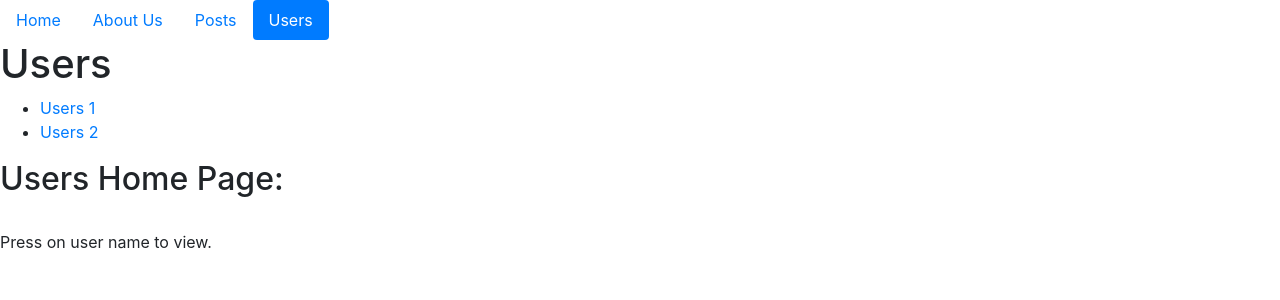
Repository: toufik17/vuejs
Page: /users
The author's editor kept a copy of each file at every save. The page is drawn from the files as they stood at one save, then again after the next save.
The browser window is 1280 px wide. The pictures show the whole page.
The project was rebuilt for these pictures with package versions that can differ from the ones it lists, and the page was loaded fresh each time. Also part of the build but not shown: src/components/Home.vue, src/components/About.vue, src/components/Post.vue, src/components/Posts.vue, src/components/users/UsersViewHome.vue.

Above is the page before, as saved 2019-03-06 11:49:15.

### public/index.html
<!DOCTYPE html>
<html lang="en">
  <head>
    <meta charset="utf-8">
    <meta http-equiv="X-UA-Compatible" content="IE=edge">
    <meta name="viewport" content="width=device-width,initial-scale=1.0">
    <link rel="icon" href="<%= BASE_URL %>favicon.ico">
    <link rel="stylesheet" href="https://stackpath.bootstrapcdn.com/bootstrap/4.1.2/css/bootstrap.min.css" integrity="sha384-Smlep5jCw/wG7hdkwQ/Z5nLIefveQRIY9nfy6xoR1uRYBtpZgI6339F5dgvm/e9B" crossorigin="anonymous">
    <title>demo</title>
  </head>
  <body>
    <noscript>
      <strong>We're sorry but demo doesn't work properly without JavaScript enabled. Please enable it to continue.</strong>
    </noscript>
    <div id="app"></div>
    <!-- built files will be auto injected -->
  </body>
</html>

### src/main.js
import Vue from 'vue'
import App from './App.vue'
import VueRouter from 'vue-router'

import routes from './routes'

Vue.use(VueRouter);
const router = new VueRouter({
  mode: "history",
  routes : routes
})

Vue.config.productionTip = false

new Vue({
  render: h => h(App),
  router
}).$mount('#app')

### src/App.vue
<template>
  <div id="app">
    <NavBar />
    <router-view></router-view>
  </div>
</template>

<script>

import NavBar from "./components/NavBar"
export default {
  name: 'app',
  components: {
    NavBar
  }
}
</script>

<style>

</style>

### src/routes.js
import Home from './components/Home'
import About from './components/About'
import Post from './components/Post'
import Posts from './components/Posts'
import Users from './components/Users'
import UsersHome from './components/users/UsersHome'
import UsersViewHome from './components/users/UsersViewHome'

const routes = [
    {path: "/", component: Home},
    {path: "/about", component: About},
    {path: "/posts", component: Posts},
    {path: "/posts/:id", component: Post, props: true},
    {path: "/users", component: Users, children: [
        {path: "", component: UsersHome},
        {path: ":id", component: UsersViewHome, props: true},
    ]}
];

export default routes;

### src/components/NavBar.vue
<template>
    <ul class="nav nav-pills">
      <li class="nav-item">
        <router-link :to="{name: 'home'}" class="nav-link" active-class="active" exact href="#">
          Home
        </router-link>
      </li>
      <li class="nav-item">
        <router-link to="/about" class="nav-link" active-class="active" href="#">
          About Us
        </router-link>
      </li>
      <li class="nav-item">
        <router-link to="/posts" class="nav-link" active-class="active" href="#">
          Posts
        </router-link>
      </li>
      <li class="nav-item">
        <router-link to="/users" class="nav-link" active-class="active" href="#">
          Users
        </router-link>
      </li>
    </ul>
</template>

### src/components/Users.vue
<template>
    <div>
        <h1>Users</h1>
        <ul>
            <li><router-link to="/users/1">Users 1</router-link></li>
            <li><router-link to="/users/2">Users 2</router-link></li>
        </ul>
        <router-view></router-view>
    </div>
</template>

### src/components/users/UsersHome.vue
<template>
    <div>
        <h2>Users Home Page:</h2>
        <br />
        Press on user name to view.
    </div>
</template>

After the next save:
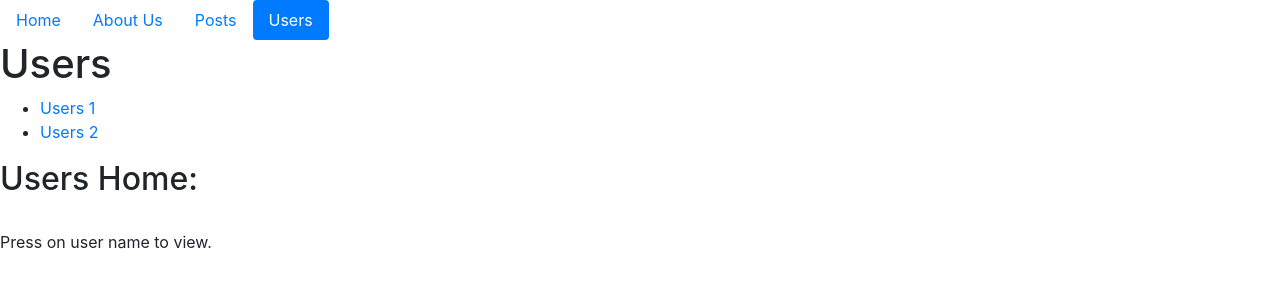
Saved 2 s later.
--- a/src/components/users/UsersHome.vue
+++ b/src/components/users/UsersHome.vue
@@ -1,6 +1,6 @@
 <template>
     <div>
-        <h2>Users Home Page:</h2>
+        <h2>Users Home:</h2>
         <br />
         Press on user name to view.
     </div>
